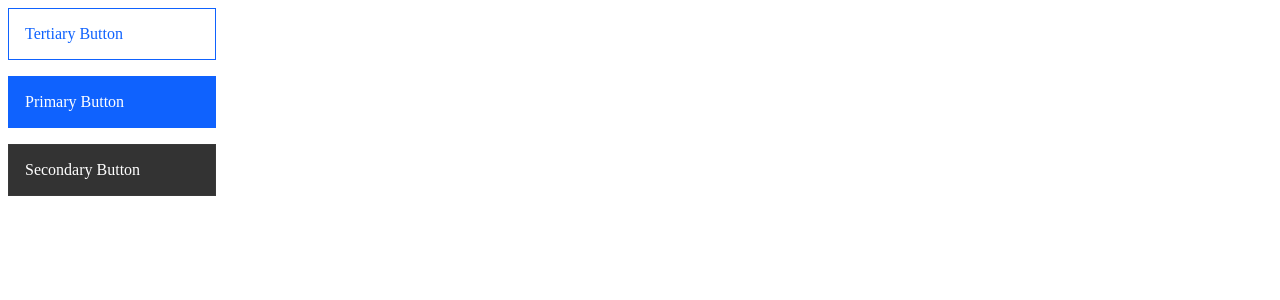
Repository: prav10194/ibm-carbon-components-vanilla
Page: buttons/index.html
An editor plug-in stored every save of this project. The page is shown before and after the next save, followed by the edit.
The browser window is 1280 px wide. The pictures show the whole page.
The pointer rests on the first visible `.secondary-button`.
Some web fonts or font styles are not loaded; a fallback is used.

Above is the page before, as saved 2020-11-12 19:44:02.

### buttons/index.html
<!DOCTYPE html>
<html lang="en">
<head>
    <meta charset="UTF-8">
    <meta name="viewport" content="width=device-width, initial-scale=1.0">
    <link rel="shortcut icon" href="./assets/ibm--cloud.svg" />
    <link rel="stylesheet" href="./node_modules/@ibm/plex/css/ibm-plex-sans-kr.css">
    <link rel="stylesheet" href="./node_modules/@ibm/plex/css/ibm-plex.css">
    <link rel="stylesheet" href="./index.css">
    <title>Button examples</title>
</head>
<style>
    .buttondiv > *:not(:first-child) {
        margin-top: 1rem;
    }
</style>
<body>
    <div class="buttondiv" style="display: flex; flex-direction: column;">
        <div class="tertiary-button">Tertiary Button</div>
        <div class="primary-button">Primary Button</div>
        <div class="secondary-button">Secondary Button</div>
    </div>
</body>
</html>

### buttons/index.css
.tertiary-button {
    font-size: 1rem;
    border: 1px solid #0f62fe;
    color: #0f62fe;
    padding: 1rem 4rem 1rem 1rem;
    width: 10%;
    font-family: IBM Plex Sans;
}

.tertiary-button:hover {
    background-color: #0f62fe;
    color: white;
    cursor: pointer;
}

.primary-button {
    font-size: 1rem;
    border: 1px solid #0f62fe;
    background-color: #0f62fe;
    color: white;
    padding: 1rem 4rem 1rem 1rem;
    width: 10%;
    font-family: IBM Plex Sans;
}

.primary-button:hover {
    /* background-color: #0f62fe; */
    /* color: white; */
    background-color: #0d58e4;
    cursor: pointer;
}

.secondary-button {
    font-size: 1rem;
    border: 1px solid #393939;
    background-color: #393939;
    color: white;
    padding: 1rem 4rem 1rem 1rem;
    width: 10%;
    font-family: IBM Plex Sans;
}

.secondary-button:hover {
    background-color: #333333;
    cursor: pointer;
}

Loaded but not shown: fonts/node_modules/@ibm/plex/css/ibm-plex-sans-kr.css (library); fonts/node_modules/@ibm/plex/css/ibm-plex.css (library)

After the next save:
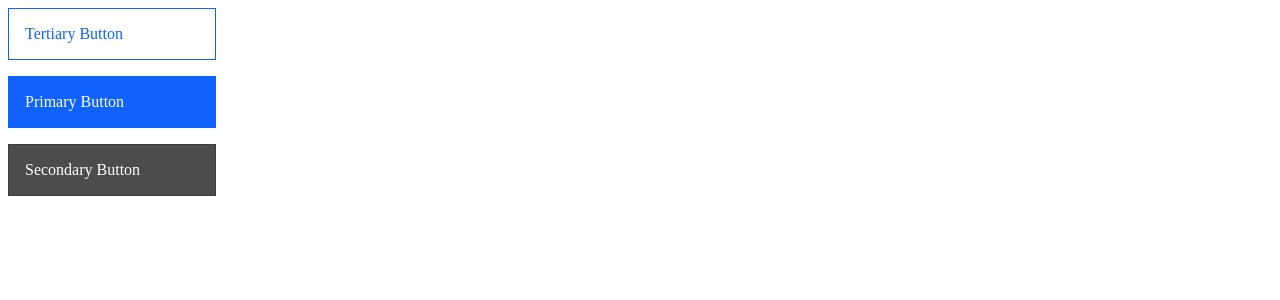
Saved 49 s later.
--- a/buttons/index.css
+++ b/buttons/index.css
@@ -41,6 +41,6 @@
 }
 
 .secondary-button:hover {
-    background-color: #333333;
+    background-color: #4c4c4c;
     cursor: pointer;
 }
